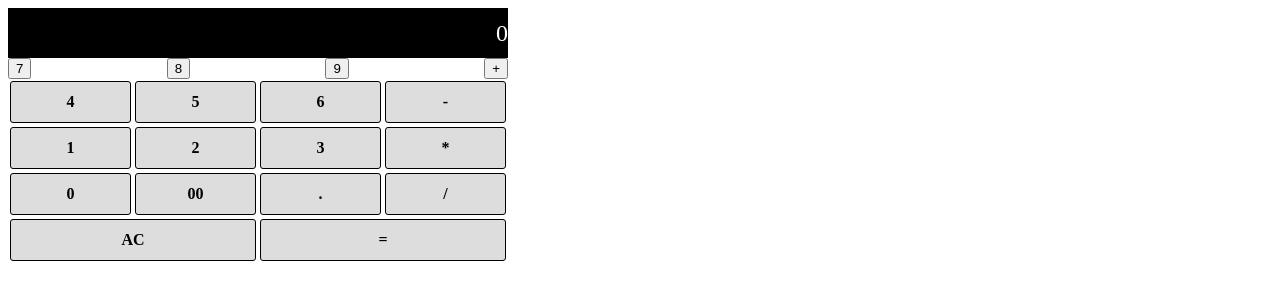
Repository: masa-rock/kadai_jquery_2
Page: index.html
The author's editor kept a record of every edit. The page is drawn from the files as they stood at one moment, then again after the next edit.
The browser window is 1280 px wide. The pictures show the whole page.
Some web libraries are served in a nearby version.

Above is the page before.

### index.html
    <!DOCTYPE html>
    <html lang="en">
      <head>
        <meta charset="utf-8">
        <script src="https://code.jquery.com/jquery-3.2.1.js" integrity="sha256-DZAnKJ/6XZ9si04Hgrsxu/8s717jcIzLy3oi35EouyE=" crossorigin="anonymous"></script>
        <link rel="stylesheet" href="style.css">
        <title>電卓</title>
      </head>

      <body>
        <div class="calculator">
          <div class="calculator_display">0</div>
          <div class="calculator_commands">
            <div class="calculator_command">
              <button class="com com_7">7</button>
              <button class="com com_8">8</button>
              <button class="com com_9">9</button>
              <button id= "com_cal">+</div>
            </div>
            <div class="calculator_command">
              <div class="com com_4">4</div>
              <div class="com com_5">5</div>
              <div class="com com_6">6</div>
              <div id= "com_cal">-</div>
            </div>
            <div class="calculator_command">
              <div class="com com_1">1</div>
              <div class="com com_2">2</div>
              <div class="com com_3">3</div>
              <div id= "com_cal">*</div>
            </div>
            <div class="calculator_command">
              <div class="com com_0">0</div>
              <div class="com com_00">00</div>
              <div class="com com_decimal_point">.</div>
              <div id= "com_cal">/</div>
            </div>
            <div class="calculator_command">
              <div class="com_ac">AC</div>
              <div class="com_equal">=</div>
            </div>
          </div>
        </div>


        <script src="main.js"></script>
      </body>
    </html>

### style.css
.calculator{
  width:500px;
}

.calculator_display{
  width:100%;
  height: 50px;
  line-height: 50px;
  font-size:24px;
  background-color: #000;
  text-align: right;
  color:#fff;
}

.calculator_command{
  display: flex;
  justify-content:space-between;
}

.calculator_command div{
  width: 100%;
  height:40px;
  line-height: 40px;
  margin:2px;
  font-weight: bold;
  background-color:#ddd;
  border:solid 1px #000;
  border-radius: 3px;
  text-align: center;

}

### main.js
$(document).ready(function(){

  let push_num = [];
  let result ="";
  let num_1 = "";
  var receive_num="";
  var len_array ="";


  // 数字ボタン操作
  $('.com').on('click',function(){
    receive_num = $(this).text();
    len_array = push_num.length;
    // 0,00の初回入力防止
    if (len_array == 0 && (receive_num == 0 || receive_num == 00)){
      $(".calculator_display").text(0);
    }else{
      push_num.push(receive_num);
      num_1 = push_num.join('');
      $(".calculator_display").text(num_1);
      $(".com_cal").disabled = true;
    }
  });

  // 四則演算ボタン操作
  $('#com_cal').on('click',function(){
    push_num.push($(this).text());
    num_1 = push_num.join('');
    $(".calculator_display").text(num_1);
    $("#")

  });

  // ACボタン操作
  $('.com_ac').on('click',function(){
    push_num = [];
    num_1 = "";
    $(".calculator_display").text(0);
  });

  // equalボタン操作
  $('.com_equal').on('click',function() {
      result = eval(num_1);
      $(".calculator_display").text(result);
      push_num = [result];
  });
});


// ○+△-□ができるようにする
// ++,*-など連続がないようにする。

After the next edit:
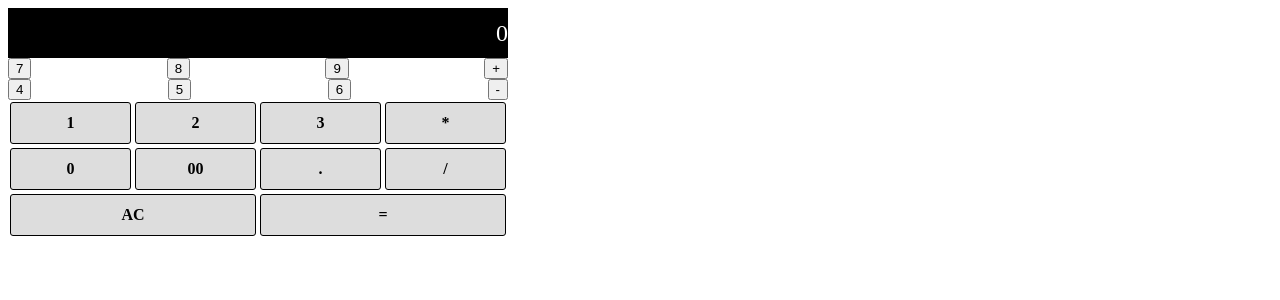
The edit:
--- a/index.html
+++ b/index.html
@@ -18,10 +18,10 @@
               <button id= "com_cal">+</div>
             </div>
             <div class="calculator_command">
-              <div class="com com_4">4</div>
-              <div class="com com_5">5</div>
-              <div class="com com_6">6</div>
-              <div id= "com_cal">-</div>
+              <button class="com com_4">4</button>
+              <button class="com com_5">5</button>
+              <button class="com com_6">6</button>
+              <button id= "com_cal">-</button>
             </div>
             <div class="calculator_command">
               <div class="com com_1">1</div>
